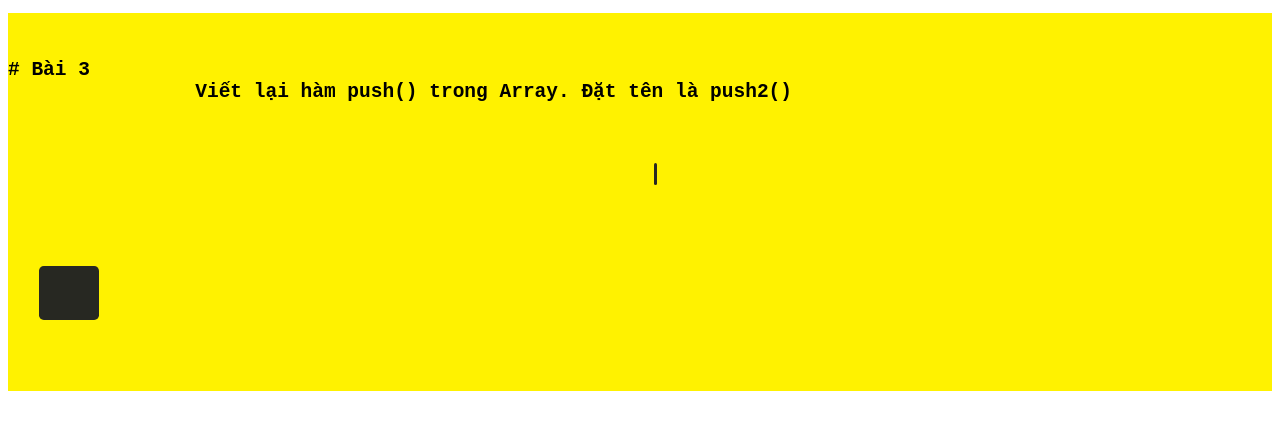
Repository: Dongnguyen318/Quydong
Page: Day 22.1/ex03.html
The author's editor kept a copy of each file at every save. The page is drawn from the files as they stood at one save, then again after the next save.
The browser window is 1280 px wide. The pictures show the whole page.

Above is the page before, as saved 2023-09-05 23:21:35.

### Day 22.1/ex03.html
<!DOCTYPE html>
<html lang="en">
  <head>
    <meta charset="UTF-8" />
    <meta name="viewport" content="width=device-width, initial-scale=1.0" />
    <title>Document</title>
    <link
      rel="stylesheet"
      href="https://cdn.jsdelivr.net/npm/prismjs@1.29.0/themes/prism-okaidia.min.css"
    />
    <script src="./js/3.js"></script>
  </head>
  <body>
    <pre style="background-color: rgb(255, 242, 0)">
        <code >
            <h2># Bài 3
                Viết lại hàm push() trong Array. Đặt tên là push2()</h2>
<p style="text-align: center;">
    <code class="language-js">
    </code>
    <h2 style="padding: 15px;" ></h2>
    <code class="language-js" style="padding: 15px 30px 20px;">
    </code>


</p>
        </code>
    </pre>
    <br />
    <br />
    <pre>
        <code class="language-js">


        </code>
    </pre>
    <script src="https://cdn.jsdelivr.net/npm/prismjs@1.29.0/components/prism-core.min.js"></script>
    <script src="https://cdn.jsdelivr.net/npm/prismjs@1.29.0/plugins/autoloader/prism-autoloader.min.js"></script>
  </body>
</html>

### Day 22.1/js/3.js
var arr = ["a", "c", "k", "S"];
Array.prototype.push2 = function (...value) {
  var result = this;
  console.log(result);
  for (var i = 0; i < value.length; i++) {
    result[result.length] = value[i];
  }

  return result;
};
console.log(arr.push2("@"));

After the next save:
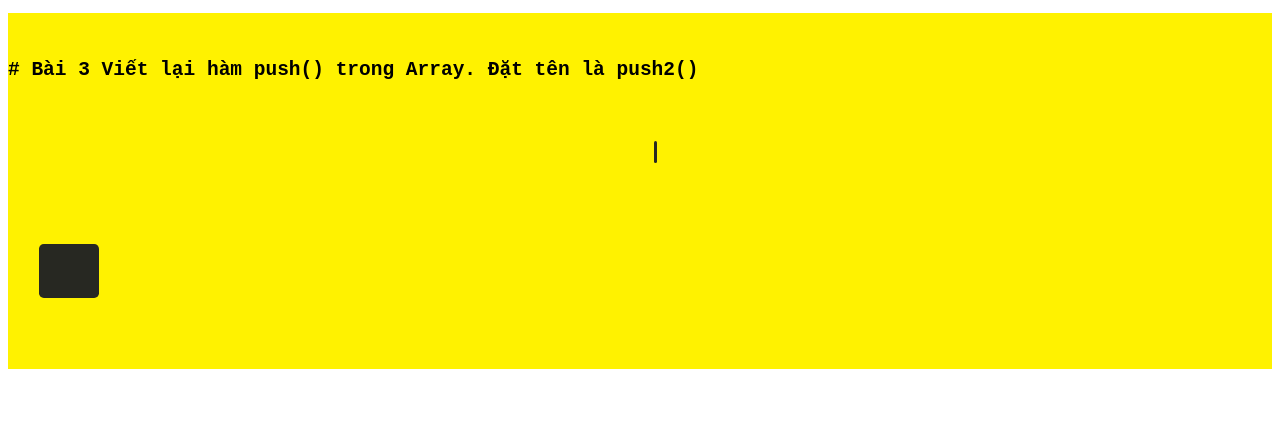
Saved 18 s later.
--- a/Day 22.1/ex03.html
+++ b/Day 22.1/ex03.html
@@ -13,8 +13,7 @@
   <body>
     <pre style="background-color: rgb(255, 242, 0)">
         <code >
-            <h2># Bài 3
-                Viết lại hàm push() trong Array. Đặt tên là push2()</h2>
+            <h2># Bài 3 Viết lại hàm push() trong Array. Đặt tên là push2()</h2>
 <p style="text-align: center;">
     <code class="language-js">
     </code>
